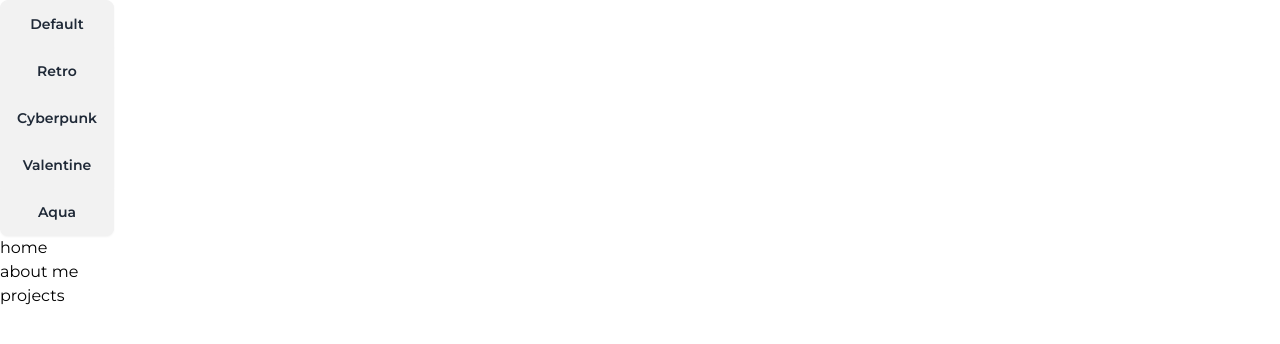
Repository: Yakyaz/myWebsite
Page: /
An editor plug-in stored every save of this project. The page is shown before and after the next save, followed by the edit.
The browser window is 1280 px wide. The pictures show the whole page.
The project was rebuilt for these pictures with package versions that can differ from the ones it lists, and the page was loaded fresh each time. The framework's server and built-in components were replaced by stand-ins that run in the browser. Also part of the build but not shown: next.config.js.

Above is the page before, as saved 2023-12-02 20:31:46.

After the next save:
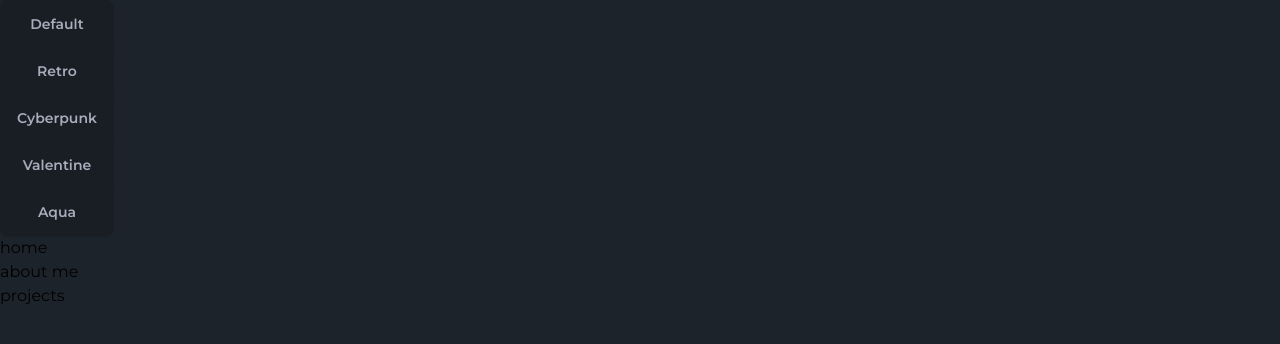
Saved 15 s later.
--- a/tailwind.config.ts
+++ b/tailwind.config.ts
@@ -17,7 +17,7 @@
   },
   plugins: [require("daisyui")],
   daisyui: {
-    themes: ["light", "retro", "cyberpunk", "valentine", "aqua"],
+    themes: ["dark", "retro", "cyberpunk", "valentine", "aqua"],
   },
 };
 export default config;

After the save that followed:
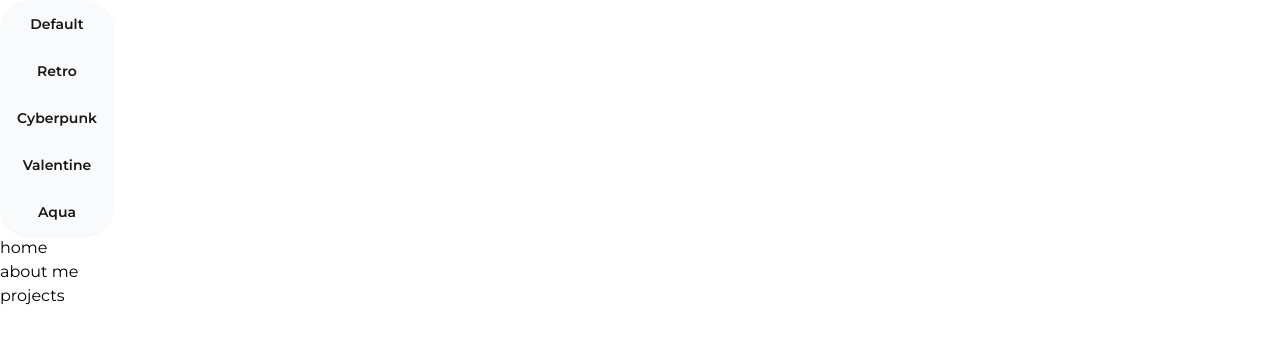
Saved 20 s later.
--- a/tailwind.config.ts
+++ b/tailwind.config.ts
@@ -17,7 +17,7 @@
   },
   plugins: [require("daisyui")],
   daisyui: {
-    themes: ["dark", "retro", "cyberpunk", "valentine", "aqua"],
+    themes: ["pastel", "retro", "cyberpunk", "valentine", "aqua"],
   },
 };
 export default config;
